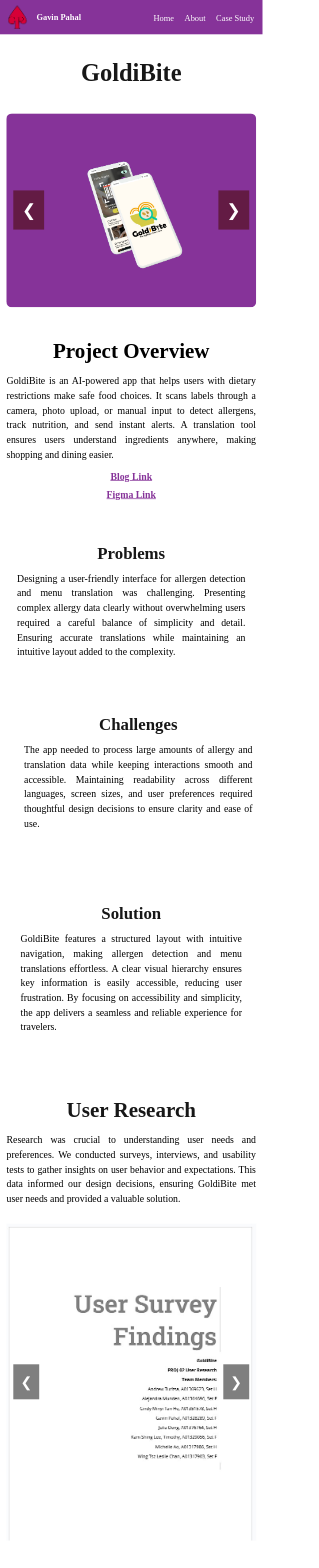
Repository: GavinPahal/portfolios
Page: /case-study
An editor plug-in stored every save of this project. The page is shown before and after the next save, followed by the edit.
The browser window is 375 px wide. The page is 456 px wide, so the pictures cover 456 px, including what lies to the right of the window. The pictures show the part of the page from y = 0 to 2240 px (the page is 4871 px tall before and 4859 px after), at 70% of full size.
The project was rebuilt for these pictures with package versions that can differ from the ones it lists, and the page was loaded fresh each time. The framework's server and built-in components were replaced by stand-ins that run in the browser. Also part of the build but not shown: next.config.mjs, components/BackToTop/BackToTop.module.css.

Above is the page before, as saved 2025-02-23 17:48:00.

### pages/case-study.js
import NavBar from "../components/NavBar/NavBar";
import Footer from "../components/Footer/Footer";
import ImageCarousel from "../components/ImageCarousel/ImageCarousel";
import BeforeAfter from "../components/BeforeAfter/BeforeAfter";
import PersonaCarousel from "../components/PersonaCarousel/PersonaCarousel";
import styles from "../styles/CaseStudy.module.css";
import BackToTop from "../components/BackToTop/BackToTop";
import UserResearch from "../components/UserResearch/UserResearch";

const CaseStudy = () => {
  return (
    <div>
      <NavBar />
      <section className={styles.container}>
        <h1 className={styles.title}>GoldiBite</h1>

        <ImageCarousel />

        {/* Project Overview */}
        <div className={styles.textBlock}>
          <h2 className={styles.heading}>Project Overview</h2>
          <p>
            GoldiBite is an AI-powered app that helps users with dietary restrictions make safe food choices.
            It scans labels through a camera, photo upload, or manual input to detect allergens, track nutrition,
            and send instant alerts. A translation tool ensures users understand ingredients anywhere, making
            shopping and dining easier.
          </p>
          <div className={styles.links}>
            <a
              href="https://goldibite-blog.vercel.app/"
              className={styles.underline}
              target="_blank"
              rel="noopener noreferrer"
            >
              Blog Link
            </a>
            <a
              href="https://www.figma.com/proto/ghF7xs4mzV1Dn8Lkl1QY1N/Untitled?node-id=1-4068&t=g3isglPHdRw0JOZO-1&scaling=min-zoom&content-scaling=fixed&page-id=0%3A1&starting-point-node-id=1%3A3972&show-proto-sidebar=1"
              className={styles.underline}
              target="_blank"
              rel="noopener noreferrer"
            >
              Figma Link
            </a>
          </div>
        </div>

        {/* Problems & Challenges (Side-by-Side) */}
        <div className={styles.problemsChallengesContainer}>
          <div className={styles.problemsBox}>
            <h2 className={styles.subheading}>Problems</h2>
            <p className={styles.textBlock}>
              Designing a user-friendly interface for allergen detection and menu translation was challenging.
              Presenting complex allergy data clearly without overwhelming users required a careful balance
              of simplicity and detail. Ensuring accurate translations while maintaining an intuitive layout
              added to the complexity.
            </p>
          </div>
          <div className={styles.challengesBox}>
            <h2 className={styles.subheading}>Challenges</h2>
            <p className={styles.textBlock}>
              The app needed to process large amounts of allergy and translation data while keeping interactions
              smooth and accessible. Maintaining readability across different languages, screen sizes, and user
              preferences required thoughtful design decisions to ensure clarity and ease of use.
            </p>
          </div>
        </div>

        {/* Solution Section */}
        <div className={styles.solutionBox}>
          <h2 className={styles.subheading}>Solution</h2>
          <p className={styles.textBlock}>
            GoldiBite features a structured layout with intuitive navigation, making allergen detection
            and menu translations effortless. A clear visual hierarchy ensures key information is easily
            accessible, reducing user frustration. By focusing on accessibility and simplicity, the app
            delivers a seamless and reliable experience for travelers.
          </p>
        </div>

        <h2 className={styles.heading}>User Research</h2>
        <p className={styles.textBlock}>
          Research was crucial to understanding user needs and preferences. We conducted surveys, interviews,
          and usability tests to gather insights on user behavior and expectations. This data informed our design
          decisions, ensuring GoldiBite met user needs and provided a valuable solution.
        </p>
        <UserResearch />
        {/* Logo Section */}
        <div className={styles.center}>
          <h2 className={styles.heading}>Logo</h2>
          <p className={styles.textBlock}>
            The GoldiBite logo is a sleek, modern wordmark that puts readability and professionalism first.
            Its minimalistic design reinforces brand recognition and allows it to be versatile enough for
            different uses. The monochromatic palette adds timelessness and adaptability.
          </p>
          <img
            src="/images/wordmark2 1.png"
            alt="GoldiBite Logo Variation"
            className={styles.img}
          />
          <img
            src="/images/webHorizontal 1.png"
            alt="GoldiBite Logo"
            className={styles.imgs}
          />
        </div>

        {/* Low-Fi vs Hi-Fi Before/After */}
        <h2 className={styles.heading}> Low-Fi vs Hi-Fi </h2>
        <BeforeAfter before="/images/high.png" after="/images/hi.png" />

        {/* Flow State */}
        <h2 className={styles.heading}>Flow State</h2>
        <p className={styles.textBlock}>
          Users set preferences, scan food, and receive real-time alerts. AI analyzes ingredients,
          detects allergens, tracks nutrition, and estimates portions. If a restricted item is found,
          users get instant warnings. A translation tool ensures ingredient clarity, making safe
          choices simple and stress-free.
        </p>
        <img src="/images/Group 1 1.png" className={styles.flowChart} />

        {/* External Testing */}
        <h2 className={styles.heading}>External Testing</h2>
        <p className={styles.textBlock}>
          Reading food labels is time consuming and error prone. We assigned tasks strategically:
          developers built AI for fast analysis, designers ensured a simple interface, and researchers
          refined allergen data. This focus made GoldiBite accurate, efficient, and user-friendly,
          empowering users to make safe food choices instantly.
        </p>

        <h2 className={styles.heading}>Promotion Video</h2>
        <p className={styles.textBlock}>
          Capturing the essence of GoldiBite in a short video was crucial for promoting the app.
          We highlighted key features, such as allergen detection, nutrition tracking, and menu translation,
          to show users how GoldiBite simplifies safe food choices. The video’s engaging visuals and
          informative content helped drive user engagement and interest.
        </p>
        <video width="800" height="800" controls preload="none" className={styles.video} poster="/images/bite.svg">
      <source src="/images/Ks.mp4" type="video/mp4" />
      <track
        src="/path/to/captions.vtt"
        kind="subtitles"
        srcLang="en"
        label="English"
      />
    </video>

        {/* User Persona Carousel */}
        <h2 className={styles.heading}>User Persona</h2>
        <PersonaCarousel />
      </section>
      <BackToTop />
      <Footer />
    </div>
  );
};

export default CaseStudy;

### components/NavBar/NavBar.js
import styles from "./NavBar.module.css";
import Link from "next/link";

const NavBar = () => {
  return (
    <nav className={styles.navbar}>
      <div className={styles.logoContainer}>
        <img src="/images/lgog.png" alt="Logo" className={styles.logo} />
        <span className={styles.name}>Gavin Pahal</span>
      </div>
      <ul className={styles.navLinks}>
        <li><Link href="/">Home</Link></li>
        <li><Link href="/AboutMe">About</Link></li>
        <li><Link href="/case-study">Case Study</Link></li>
      </ul>
    </nav>
  );
};

export default NavBar;

### components/Footer/Footer.js
import styles from "./Footer.module.css";

const Footer = () => {
  return (
    <footer className={styles.footer}>
      <div className={styles.container}>
        <p className={styles.name}>Gavin Pahal</p>
        <div className={styles.contact}>
          <span>Contact Info</span>
          <div className={styles.icons}>
            <a href="www.linkedin.com/in/gavin-pahal" target="_blank" rel="noopener noreferrer">
              <img src="/images/LinkedIn (1).png" alt="LinkedIn" />
            </a>
            <a href="mailto:gavinpahal2003@gmail.com">
              <img src="/images/Gmail Logo (1).png" alt="Email" />
            </a>
          </div>
        </div>
      </div>
    </footer>
  );
};

export default Footer;

### components/ImageCarousel/ImageCarousel.js
import { useState } from "react";
import styles from "./ImageCarousel.module.css";

const images = ["/images/mock.png","/images/amazing.png", "/images/new.png", ];

const ImageCarousel = () => {
  const [index, setIndex] = useState(0);

  const nextSlide = () => setIndex((index + 1) % images.length);
  const prevSlide = () => setIndex((index - 1 + images.length) % images.length);

  return (
    <div className={styles.carousel}>
      <button onClick={prevSlide} className={styles.arrow}>❮</button>
      <img src={images[index]} className={styles.image} />
      <button onClick={nextSlide} className={styles.arrow}>❯</button>
    </div>
  );
};

export default ImageCarousel;

### components/BeforeAfter/BeforeAfter.js
import { useState, useRef, useEffect } from "react";
import styles from "./BeforeAfter.module.css";

const BeforeAfter = ({ before, after }) => {
  const [sliderPosition, setSliderPosition] = useState(50);
  const containerRef = useRef(null);

  const handleMove = (clientX) => {
    if (!containerRef.current) return;
    const rect = containerRef.current.getBoundingClientRect();
    let newPosition = ((clientX - rect.left) / rect.width) * 100;
    newPosition = Math.max(0, Math.min(100, newPosition));
    setSliderPosition(newPosition);
  };

  useEffect(() => {
    document.documentElement.style.setProperty("--clip", `${100 - sliderPosition}%`);
  }, [sliderPosition]);

  return (
    <div className={styles.beforeAfterContainer} ref={containerRef}>
      <div className={styles.beforeImage} style={{ backgroundImage: `url(${before})` }} />
      <div className={styles.afterImage} style={{ backgroundImage: `url(${after})` }} />
      <div
        className={styles.slider}
        style={{ left: `${sliderPosition}%` }}
        onMouseDown={(e) => {
          e.preventDefault();
          const handleMouseMove = (event) => handleMove(event.clientX);
          const handleMouseUp = () => {
            document.removeEventListener("mousemove", handleMouseMove);
            document.removeEventListener("mouseup", handleMouseUp);
          };
          document.addEventListener("mousemove", handleMouseMove);
          document.addEventListener("mouseup", handleMouseUp);
        }}
      >
        <div className={styles.sliderCircle} />
      </div>
    </div>
  );
};

export default BeforeAfter;

### components/PersonaCarousel/PersonaCarousel.js
import { useState } from "react";
import styles from "./PersonaCarousel.module.css";

const personas = [
  "/images/Screenshot 2025-02-08 192123.png",
  "/images/Screenshot 2025-02-08 192849.png",
  "/images/Screenshot 2025-02-08 192908.png",
  "/images/Screenshot 2025-02-08 192944.png",
  "/images/Screenshot 2025-02-08 193010.png"
];

const PersonaCarousel = () => {
  const [index, setIndex] = useState(0);

  const nextSlide = () => setIndex((index + 1) % personas.length);
  const prevSlide = () => setIndex((index - 1 + personas.length) % personas.length);

  return (
    <div className={styles.carousel}>
      <button onClick={prevSlide} className={styles.arrow}>❮</button>
      <img src={personas[index]} alt="User Persona" className={styles.image} />
      <button onClick={nextSlide} className={styles.arrow}>❯</button>
    </div>
  );
};

export default PersonaCarousel;

### styles/CaseStudy.module.css
.container {
    width: 80%;
    margin: 0 auto;
    font-family: Arial, sans-serif;
    padding: 30px 0;
  }

  .title {
    font-family:  "Philosopher";
    text-align: center;
    font-size: 60px;
    font-weight: bold;
    margin: 20px 0 40px;
  }

  .heading {
    font-family:  "Philosopher";
    font-size: 45px;
    font-weight: bold;
    margin: 0px 0 10px;
    text-align: center;
  }

  .subheading {
    font-family:  "Philosopher";
    font-size: 35px;
    font-weight: bold;
    margin-bottom: 10px;
    text-align: center;
  }
  .video{
    border-radius: 5px;
    margin-left: 7.5rem;
    margin-bottom: 4rem;
  }
  .textBlock {
    font-family: "Philosopher";
    font-size: 18px;
    line-height: 1.6;
    text-align: justify;
    margin-bottom: 25px;
    color: #000000;
  }

  .links {
    display: flex;
    gap: 53rem;
    margin-top: 10px;
    justify-content: flex-start;
  }

  .underline {
    text-decoration: underline;
    color: #863399;
    font-weight: bold;
  }

  .carousel {
    position: relative;
    width: 100%;
    max-width: 900px; /* Large like your screenshot */
    margin: 0 auto 30px;
    overflow: hidden;
  }

  .carousel img {
    width: 100%;
    height: auto;
    display: block;
  }

  .arrow {
    position: absolute;
    top: 50%;
    transform: translateY(-50%);
    background: rgba(77, 13, 13, 0.6);
    color: #fff;
    border: none;
    padding: 10px;
    cursor: pointer;
    font-size: 20px;
    z-index: 2;
  }

  .arrow:first-of-type {
    left: 10px;
  }

  .arrow:last-of-type {
    right: 10px;
  }

  .problemsChallengesContainer {
    display: flex;
    justify-content: space-between;
    align-items: flex-start;
    gap: 20px;
    margin: 40px 0;
  }

  .problemsBox,
  .challengesBox {
    flex: 1;
    padding: 20px;
    border-radius: 8px;
  }

  .problemsBox {
    margin-right: 10px;
  }

  .challengesBox {
    margin-left: 10px;
  }


  .solutionBox {
    padding: 20px;
    border-radius: 8px;
    margin: 40px 0;
  }

  .center {
    text-align: center;
    margin: 40px 0;
  }

  .img, .imgs {
    display: block;
    margin: 10px auto;
    max-width: 300px;
    height: auto;
  }

  .flowChart {
    margin-bottom: 5rem;
    width: 80%;
    display: block;
    margin: 20px auto;
  }

  .beforeAfterContainer {
    position: relative;
    width: 90%; /* Adjusted for responsiveness */
    max-width: 700px;
    height: auto;
    overflow: hidden;
    border-radius: 10px;
    margin: 30px auto; /* Centers the container */
    display: flex;
    justify-content: center;
    align-items: center;
  }
  .slider {
    position: absolute;
    top: 0;
    bottom: 0;
    width: 3px;
    background: white;
    cursor: ew-resize;
    z-index: 3;
    display: flex;
    justify-content: center;
    align-items: center;
    transform: translateX(-50%);
  }

  .sliderCircle {
    width: 20px;
    height: 20px;
    background: white;
    border: 2px solid black;
    border-radius: 50%;
    position: absolute;
    top: 50%;
    transform: translateY(-50%);
  }

  @media screen and (max-width: 430px) {
    .container {
      width: 95%;
      padding: 15px 0;
    }

    .title {
      font-size: 35px;
      margin: 15px 0 30px;
    }

    .heading {
      font-size: 30px;
      margin: 10px 0;
    }

    .subheading {
      font-size: 24px;
      margin-bottom: 8px;
    }

    .textBlock {
      font-size: 14px;
      line-height: 1.5;
    }

    .links {
      flex-direction: column;
      gap: 5px;
      align-items: center;
    }

    .video {
      width: 100%;
      height: auto;
      margin-left: 0;
    }

    .carousel {
      max-width: 100%;
    }

    .problemsChallengesContainer {
      flex-direction: column;
      gap: 20px;
    }

    .problemsBox,
    .challengesBox {
      width: 100%;
      padding: 15px;
    }

    .imgs,
    .img {
      max-width: 100%;
      height: auto;
    }

    .flowChart {
      width: 100%;
      height: auto;
    }

    /* Before-After Slider Fix */
    @media screen and (max-width: 390px) {
      .beforeAfterContainer {
        width: 100%; /* Make full width */
        max-width: 350px; /* Ensures it fits within the screen */
        margin: 20px auto; /* Keeps it centered */
      }
    }

    .slider {
      width: 2px;
    }

    .sliderCircle {
      width: 15px;
      height: 15px;
    }
  }

### components/BackToTop/BackToTop.js
import { useState, useEffect } from "react";
import styles from "./BackToTop.module.css";

const BackToTop = () => {
  const [showScroll, setShowScroll] = useState(false);

  useEffect(() => {
    const handleScroll = () => {
      setShowScroll(window.scrollY > 200);
    };

    window.addEventListener("scroll", handleScroll);
    return () => window.removeEventListener("scroll", handleScroll);
  }, []);

  const scrollToTop = () => {
    window.scrollTo({ top: 0, behavior: "smooth" });
  };

  return (
    showScroll && (
      <div className={styles.scrollContainer} onClick={scrollToTop}>
        <span className={styles.scrollText}>Back to Top</span>
        <div className={styles.underline}></div>
      </div>
    )
  );
};

export default BackToTop;

### components/UserResearch/UserResearch.js
import { useState } from "react";
import styles from "./UserResearch.module.css";

const personas = [
  "/images/Screenshot 2025-02-18 112247.png",
  "/images/Screenshot 2025-02-18 112339.png",
  "/images/Screenshot 2025-02-18 112439.png",
  "/images/Screenshot 2025-02-18 112620.png",
  "/images/Screenshot 2025-02-18 112643.png"
];

const PersonaCarousel = () => {
  const [index, setIndex] = useState(0);

  const nextSlide = () => setIndex((index + 1) % personas.length);
  const prevSlide = () => setIndex((index - 1 + personas.length) % personas.length);

  return (
    <div className={styles.carousel}>
      <button onClick={prevSlide} className={styles.arrow}>❮</button>
      <img src={personas[index]} alt="User Persona" className={styles.image} />
      <button onClick={nextSlide} className={styles.arrow}>❯</button>
    </div>
  );
};

export default PersonaCarousel;

### components/NavBar/NavBar.module.css
.navbar {
  font-family: "philosopher", "bold";
  display: flex;
  justify-content: space-between;
  align-items: center;
  padding: 15px 40px; /* Slightly wider for 1440px screens */
  background: #863399;
  width: 100%;
}

.logoContainer {
  display: flex;
  align-items: center;
}

.logo {
  width: 65px; /* Slightly increased for visibility */
  margin-right: 12px;
}

.name {
  color: white;
  font-size: 24px; /* Increased for readability */
  font-weight: bold;
}

.navLinks {
  list-style: none;
  display: flex;
  gap: 25px; /* Better spacing for larger screens */
}

.navLinks li a {
  color: white;
  text-decoration: none;
  font-size: 28px; /* Slightly larger for visibility */
}

/* Responsive for smaller screens */
@media (max-width: 430px) {
  .navbar {
    padding: 8px 12px;
  }

  .logo {
    width: 35px;
    margin-right: 5px;
  }

  .name {
    font-size: 12px;
  }

  .navLinks {
    gap: 15px;
  }

  .navLinks li a {
    font-size: 12px;
  }
}

### components/Footer/Footer.module.css
.footer {
  text-align: center;
  padding: 30px 20px;
  border-top: 2px solid black;
  position: relative;
  display: flex;
  justify-content: space-between;
  align-items: center;
}

.container {
  width: 100%;
  display: flex;
  justify-content: space-between;
  align-items: center;
}

.name {
  font-family: "philosopher", "bold";
  font-size: 18px;
  margin: 0; /* Aligns with the top border */
  padding-left: 20px; /* Adds some spacing from the left */
}

.contact {
  font-family: "philosopher", "bold";
  font-size: 16px;
  display: flex;
  align-items: center;
  padding-right: 20px; /* Adds some spacing from the right */
}

.icons {
  display: flex;
  gap: 10px; /* Ensures equal spacing between icons */
  margin-left: 10px; /* Adds spacing between text and icons */
}

.icons img {
  width: 30px;
}

### components/ImageCarousel/ImageCarousel.module.css
.carousel {
  position: relative;
  width: 100%;
  max-height: 1000px;
  max-width: 1000px; /* Large width for the carousel */
  margin: 0 auto 40px; /* Center horizontally and add bottom spacing */
  overflow: hidden;
  border-radius: 8px; /* Slight rounding for a nice look */
}

/* The image inside the carousel */
.image {
  width: 100%;
  height: auto;
  display: block;
}

/* Arrow buttons */
.arrow {
  position: absolute;
  top: 50%;
  transform: translateY(-50%);
  background: rgba(77, 13, 13, 0.6); /* Semi-transparent dark pink */
  color: #fff;
  border: none;
  padding: 10px 12px;
  cursor: pointer;
  font-size: 24px;
  z-index: 2;
  transition: background 0.3s ease;
}

.arrow:hover {
  background: rgba(77, 13, 13, 0.9);
}

.arrow:first-of-type {
  left: 10px;
}

.arrow:last-of-type {
  right: 10px;
}

### components/BeforeAfter/BeforeAfter.module.css
.beforeAfterContainer {
  margin-bottom: 40px;
margin-left: 90px;
  position: relative;
  width: 100%;
  max-width: 800px;
  height: 400px;
  overflow: hidden;
  border-radius: 10px;
  user-select: none;
}

.beforeImage,
.afterImage {
  position: absolute;
  top: 0;
  left: 0;
  height: 100%;
  width: 100%;
  background-size: cover;
  background-position: center;
}

.beforeImage {
  z-index: 2;
  clip-path: inset(0 var(--clip) 0 0);
}

.afterImage {
  z-index: 1;
}

.slider {
  position: absolute;
  top: 0;
  bottom: 0;
  width: 3px;
  background: white;
  cursor: ew-resize;
  z-index: 3;
  display: flex;
  justify-content: center;
  align-items: center;
  transform: translateX(-50%);
}

.sliderCircle {
  width: 20px;
  height: 20px;
  background: white;
  border: 2px solid black;
  border-radius: 50%;
  position: absolute;
  top: 50%;
  transform: translateY(-50%);
}

### components/PersonaCarousel/PersonaCarousel.module.css
.carousel {
    position: relative;
    width: 100%;
    max-width: 800px;
    margin: auto;
    overflow: hidden;
    text-align: center;
  }

  .image {
    width: 100%;
    max-width: 500px;
    display: block;
    margin: auto;
  }

  .arrow {
    position: absolute;
    top: 50%;
    transform: translateY(-50%);
    background: rgba(0, 0, 0, 0.5);
    color: white;
    border: none;
    padding: 10px;
    cursor: pointer;
    font-size: 20px;
  }

  .arrow:first-of-type {
    left: 10px;
  }

  .arrow:last-of-type {
    right: 10px;
  }

### components/UserResearch/UserResearch.module.css
.carousel {
    position: relative;
    width: 100%;
    max-width: 800px;
    margin: auto;
    overflow: hidden;
    text-align: center;
  }

  .image {
    width: 100%;
    max-width: 500px;
    display: block;
    margin: auto;
  }

  .arrow {
    position: absolute;
    top: 50%;
    transform: translateY(-50%);
    background: rgba(0, 0, 0, 0.5);
    color: white;
    border: none;
    padding: 10px;
    cursor: pointer;
    font-size: 20px;
  }

  .arrow:first-of-type {
    left: 10px;
  }

  .arrow:last-of-type {
    right: 10px;
  }

Loaded but not shown: pages/_app.js (common file); pages/_document.js (common file); styles/globals.css (common file); tailwind.config.mjs (common file)

After the next save:
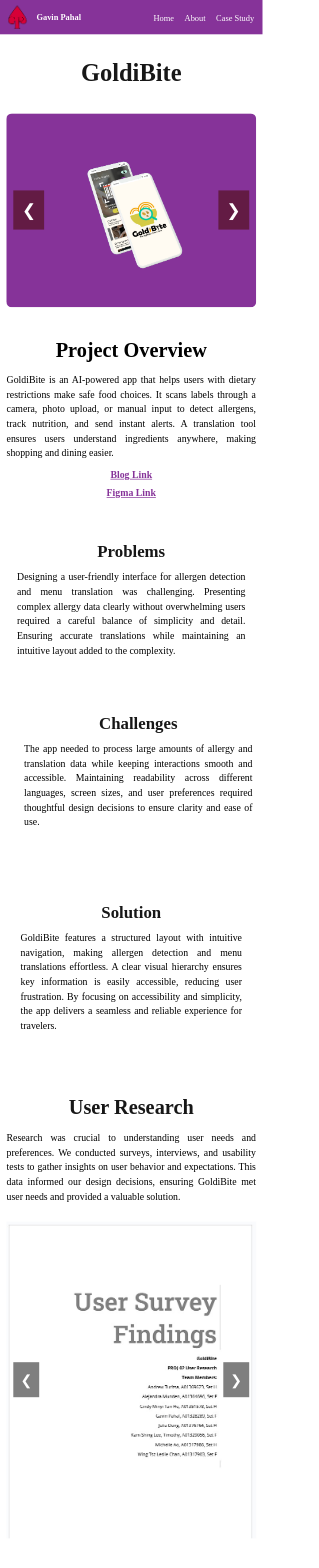
Saved 47 s later.
--- a/styles/CaseStudy.module.css
+++ b/styles/CaseStudy.module.css
@@ -188,7 +188,7 @@
     }
 
     .heading {
-      font-size: 30px;
+      font-size: 29px;
       margin: 10px 0;
     }
 
